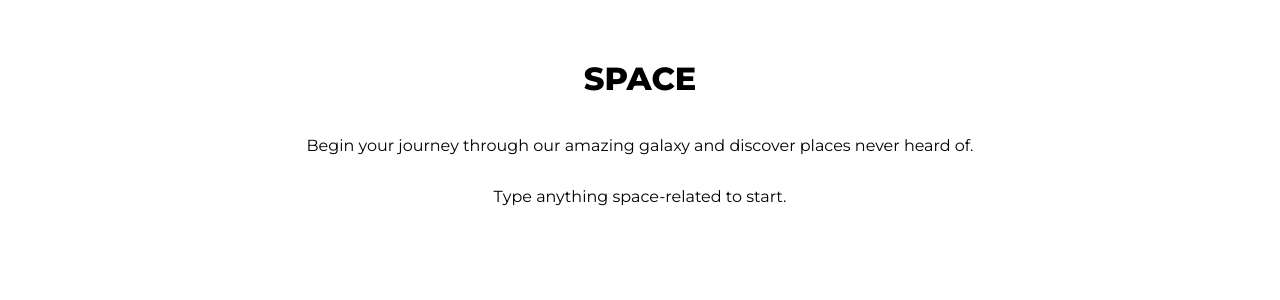
Repository: pmor80/spacer
Page: /
The author's editor kept a copy of each file at every save. The page is drawn from the files as they stood at one save, then again after the next save.
The browser window is 1280 px wide. The pictures show the whole page.
The project was rebuilt for these pictures with package versions that can differ from the ones it lists, and the page was loaded fresh each time.

Above is the page before, as saved 2019-07-02 15:17:39.

### public/index.html
<!DOCTYPE html>
<html lang="en">
  <head>
    <meta charset="utf-8">
    <meta http-equiv="X-UA-Compatible" content="IE=edge">
    <meta name="viewport" content="width=device-width,initial-scale=1.0">
    <link rel="icon" href="<%= BASE_URL %>favicon.ico">
    <title>spacer</title>
  </head>
  <body>
    <noscript>
      <strong>We're sorry but spacer doesn't work properly without JavaScript enabled. Please enable it to continue.</strong>
    </noscript>
    <div id="app"></div>
    <!-- built files will be auto injected -->
  </body>
</html>

### src/App.vue
<template>
  <div class="app">
    <router-view />
  </div>
</template>

<style lang="scss">
@import url("https://fonts.googleapis.com/css?family=Montserrat:300,400,600,800");

* {
  box-sizing: border-box;
}

body {
  font-family: "Montserrat", sans-serif;
}
</style>

### src/router.js
import Vue from 'vue';
import Router from 'vue-router';
import Search from './views/Search.vue';

Vue.use(Router);

export default new Router({
  mode: 'history',
  base: process.env.BASE_URL,
  routes: [
    {
      path: '/',
      name: 'Search',
      component: Search
    }
  ]
});

### src/views/Search.vue
<template>
  <div class="wrapper">
    <Claim />
    <div class="search">
      <label for="search">Search</label>
      <input id="search" name="search" v-model="searchValue" @input="handleInput" />
    </div>
  </div>
</template>

<script>
import axios from "axios";
import debounce from "lodash.debounce";
import Claim from "@/components/Claim.vue";

const API = "https://images-api.nasa.gov/search";

export default {
  name: "Search",
  components: {
    Claim
  },
  data() {
    return {
      searchValue: "",
      results: []
    };
  },
  methods: {
    handleInput: debounce(function() {
      axios
        .get(`${API}?q=${this.searchValue}&media_type=image`)
        .then(response => {
          this.results = response.data.collection.items;
        })
        .catch(err => {
          console.log(err);
        });
    }, 500)
  }
};
</script>

<style lang="scss" scoped>
.wrapper {
  display: flex;
  flex-direction: column;
  align-items: center;
  margin: 0;
  padding: 30px;
  width: 100%;
}

.search {
  display: none;
  flex-direction: column;
  width: 250px;

  label {
    font-family: Montserrat, sans-serif;
  }

  input {
    height: 30px;
    border: 0;
    border-bottom: 1px solid #000;
  }
}
</style>

### src/components/Claim.vue
<template>
  <div class="claimWrapper">
    <h1 class="claim">SPACE</h1>
    <p
      class="subclaim"
    >Begin your journey through our amazing galaxy and discover places never heard of.</p>
    <p class="subclaim">Type anything space-related to start.</p>
  </div>
</template>

<script>
export default {
  name: "Claim"
};
</script>

<style lang="scss" scoped>
.claimWrapper {
  display: flex;
  flex-direction: column;
  justify-content: center;
  align-items: center;
  text-align: center;
}
</style>

Loaded but not shown: src/main.js (common file)

After the next save:
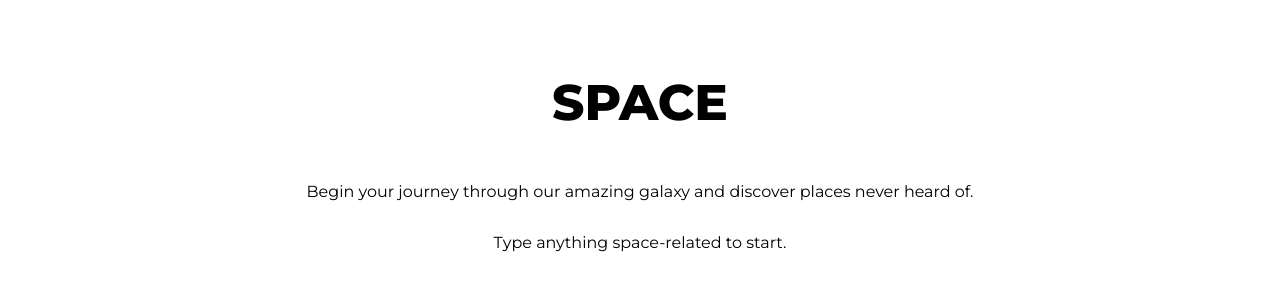
Saved 49 s later.
--- a/src/components/Claim.vue
+++ b/src/components/Claim.vue
@@ -22,4 +22,7 @@ export default {
   align-items: center;
   text-align: center;
 }
+.claim {
+  font-size: 50px;
+}
 </style>
